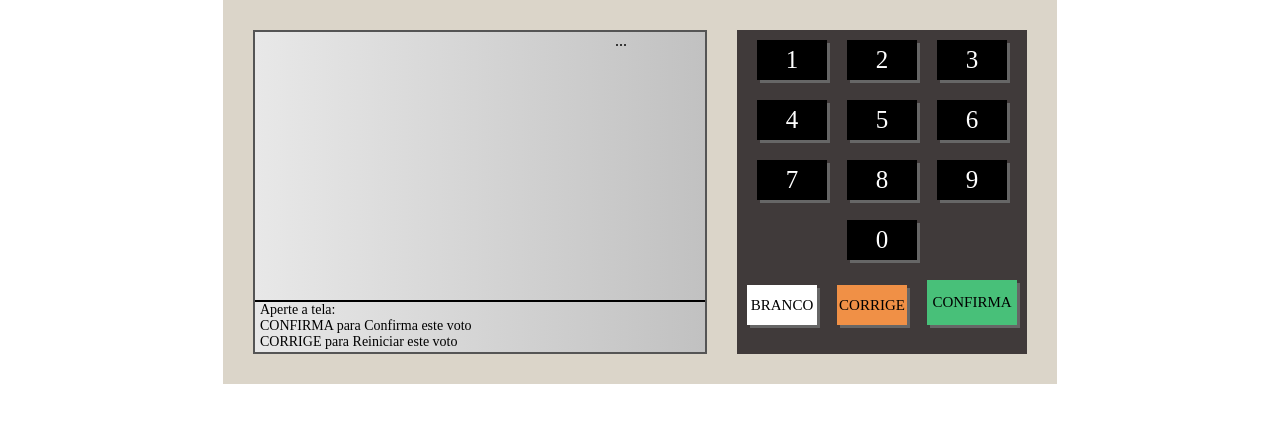
Repository: ThiagoIturra/urnaJs
Page: index.html
These files come from the project's save history. The page is drawn as it stood at one moment and after the next save; the edit follows.
The browser window is 1280 px wide. The pictures show the whole page.

Above is the page before, as saved 2022-01-05 16:36:39.

### index.html
<!DOCTYPE html>
<html lang="pt-BR">
<header>
    <meta charset="UTF-8" />
    <meta name="viewport" content="width=device-width, initial-scale=1.0">
    <link rel="stylesheet" href="style.css">
    <title>Urna Eletrônica</title>
</header>
<body>
    <div class="urna">
        <div class="screen">
            <div class="division">
                <div class="division-left">
                    <div class="d1"></div>
                </div>
                <div class="division-right">
                    ...
                </div>
            </div>
            <div class="division-2">
                Aperte a tela:<br/>
                CONFIRMA para Confirma este voto<br/>
                CORRIGE para Reiniciar este voto
            </div>
        </div>
        <div class="keyboard">
            <div class="keyboard--line">
                <div class="keyboard--button">1</div>
                <div class="keyboard--button">2</div>
                <div class="keyboard--button">3</div>
            </div>
            <div class="keyboard--line">
                <div class="keyboard--button">4</div>
                <div class="keyboard--button">5</div>
                <div class="keyboard--button">6</div>
            </div>
            <div class="keyboard--line">
                <div class="keyboard--button">7</div>
                <div class="keyboard--button">8</div>
                <div class="keyboard--button">9</div>
            </div>
            <div class="keyboard--line">
                <div class="keyboard--button">0</div>
            </div>
            <div class="keyboard--line">
                <div class="keyboard--button button--branco">BRANCO</div>
                <div class="keyboard--button button--corrige">CORRIGE</div>
                <div class="keyboard--button button--confirma">CONFIRMA</div>
            </div>
        </div>
    </div>
</body>
</html>

### style.css
body {
    margin: 0;
    display: flex;
    justify-content: center;
    align-items: center;
}

.urna {
    background-color: #dbd5c9;
    padding: 30px;
    display: flex;
}

.screen {
    width: 450px;
    height: 320px;
    background: linear-gradient(to right, #e8e8e8, #c1c1c1);
    border: 2px solid #555;
    display: flex;
    flex-direction: column;
}

.keyboard {
    background-color: #403A3A;
    margin-left: 30px;
}

.keyboard--line {
    display: flex;
    justify-content: center;
    align-items: flex-end;
}

.keyboard--button {
    width: 70px;
    height: 40px;
    background-color: #000;
    color: #fff;
    font-size: 25px;
    display: flex;
    justify-content: center;
    align-items: center;
    margin: 10px;
    cursor: pointer;
    box-shadow: 3px 3px 0px #666;
}

.button--branco {
    background-color: #fff;
    color: #000;
    font-size: 15px;
    cursor: pointer;
}

.button--corrige {
    background-color: #f09046;
    color: #000;
    font-size: 15px;
    cursor: pointer;
}

.button--confirma {
    background-color: #48c079;
    color: #000;
    font-size: 15px;
    cursor: pointer;
    width: 90px;
    height: 45px;
}

.division {
    display: flex;
    flex: 1;

}

.division-left{
    flex: 1;
}

.division-right {
    width: 90px;
}

.division-2 {
    height: 50px;
    font-size: 14px;
    border-top: 2px solid #000;
    padding-left: 5px;
}

After the next save:
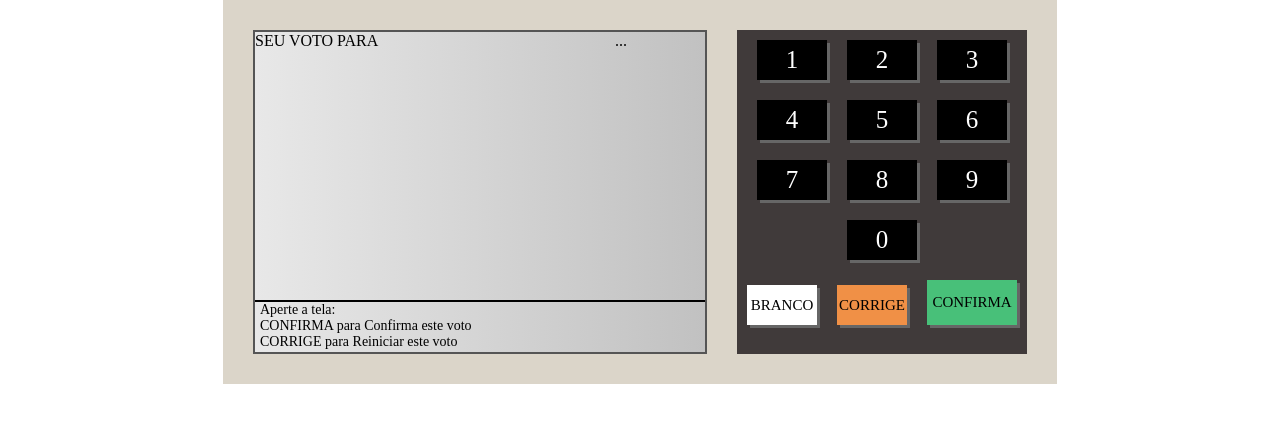
Saved 26 s later.
--- a/index.html
+++ b/index.html
@@ -11,7 +11,9 @@
         <div class="screen">
             <div class="division">
                 <div class="division-left">
-                    <div class="d1"></div>
+                    <div class="d1">
+                        <span>SEU VOTO PARA</span>
+                    </div>
                 </div>
                 <div class="division-right">
                     ...
